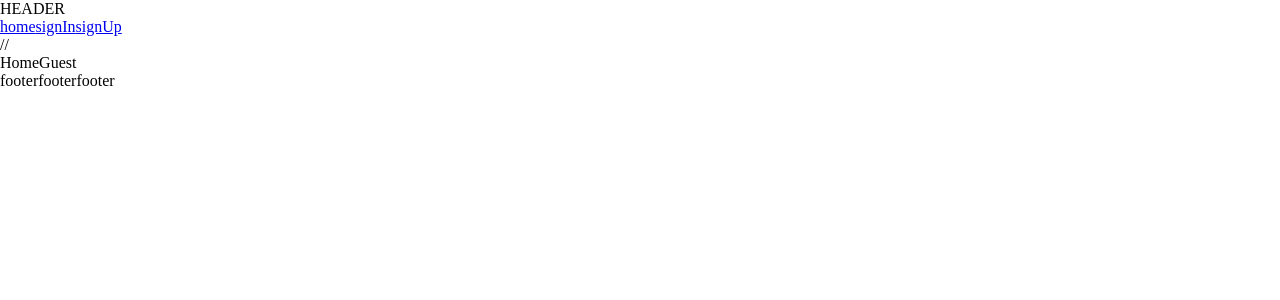
Repository: YuraKrvz/aurora-react-redux-toolkit-firebase
Page: /
The author's editor kept a copy of each file at every save. The page is drawn from the files as they stood at one save, then again after the next save.
The browser window is 1280 px wide. The pictures show the whole page.
The project was rebuilt for these pictures with package versions that can differ from the ones it lists, and the page was loaded fresh each time. Also part of the build but not shown: src/pages/HomeUser.jsx, src/pages/SignIn.jsx, src/pages/SignUp.jsx.

Above is the page before, as saved 2021-11-24 17:33:33.

After the next save:
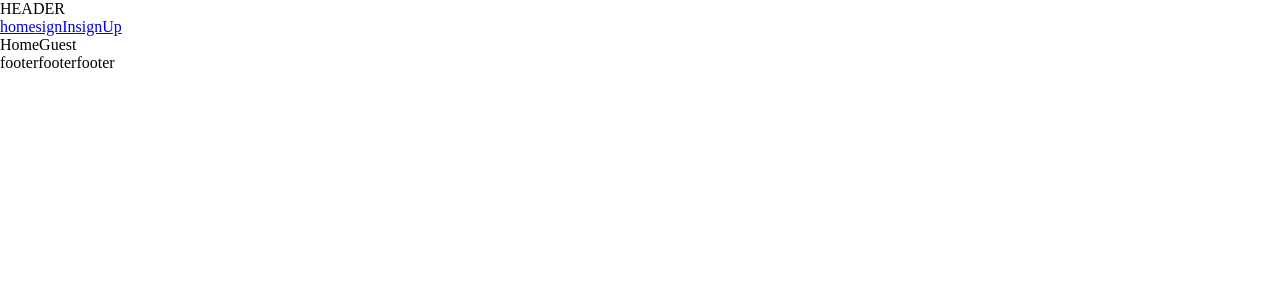
Saved 17 s later.
--- a/src/components/Header/Header.jsx
+++ b/src/components/Header/Header.jsx
@@ -14,7 +14,7 @@ const Header = () => {
                </li>
             </ul>
          </header>
-         // <Outlet />
+         <Outlet />
          <footer>footerfooterfooter</footer>
       </>
    )
